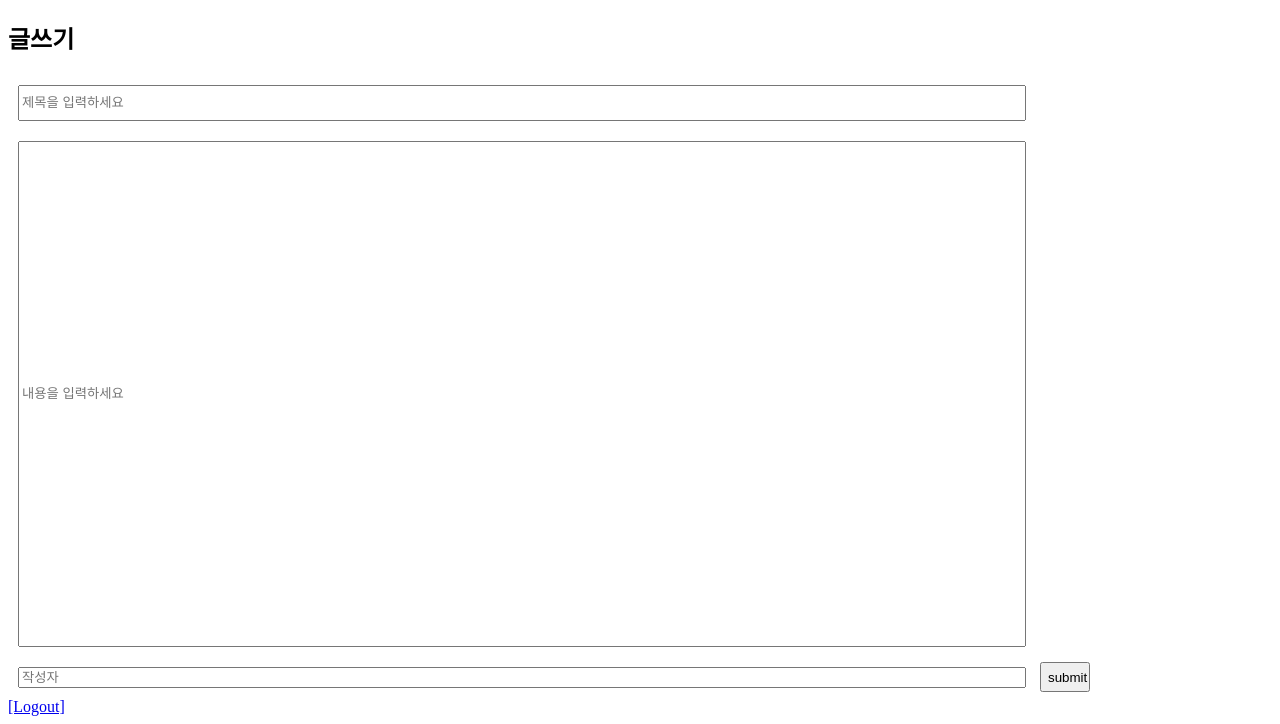
Repository: Jadedvst/Java_JSP-Servlet
Page: http://localhost/MustHaveJSP/mvcboard/write.do
An editor plug-in stored every save of this project. The page is shown before and after the next save, followed by the edit.
The browser window is 1280 px wide. The pictures show the whole page.
The page is served by Tomcat 10. Other server files are loaded and not shown.

Above is the page before, as saved 2023-12-15 05:20:10.

### MustHaveJSP/src/main/webapp/14MVCBoard/Write.jsp
<%@page import="membership.MemberDTO"%>
<%@ page language="java" contentType="text/html; charset=UTF-8"
    pageEncoding="UTF-8"%>
<!DOCTYPE html>
<html>
<head>
<meta charset="UTF-8">
<style>
#title,#content,#id{
width:1000px;
margin:10px;
}
#title{
height:30px;
}
#content{
height:500px;
}
#bt{
width:50px;
height:30px;
}
</style>
<title>Insert Board</title>
</head>
<body>
<h2>글쓰기</h2>

<%-- 	<%
	String isLogin = request.getParameter("isLogin");
	String LoginId = request.getParameter("loginid");
	String sid = "";
	if (session.getAttribute("UserId")!=null){
		MemberDTO m = (MemberDTO)session.getAttribute("member");
		isLogin = "true";
		LoginId = m.getId();
	}
	if(LoginId!= null) sid=LoginId;

	%> --%>
	<%
	String sid = request.getParameter("id");
	String boardErr = request.getParameter("boardErr");
	if(boardErr!= null) out.print("Upload Failed");;
	%>
	<script>
		function validateForm(form){
			if(!form.title.value){
				alert("title please");
				return false;
			}
			if(form.content.value==""){
				alert("content please");
				return false;
			}

		}
	</script>
<form action="./InsertBoardProcess.jsp" method="post" name="onBoard"
			onsubmit="return validateForm(this);"> <!-- false일시 출력 안됨 -->
	<div id="board">
	<input type="text" id="title" name="title" placeholder="제목을 입력하세요"><br/>
	<input type="text" id="content" name="content" placeholder="내용을 입력하세요"><br/>
	<%-- <input type="text" id="id" name="id" value="<%=sid%>" readOnly> --%>
	<input type="text" id="id" name="id" placeholder="작성자">
	<input type="submit" id="bt"value="submit"><br/>
<%-- <%if(isLogin!=null){ %> --%>
	<a href="./BoardLoginSession/Logout.jsp">[Logout]</a>
<%-- <%}else out.print("Not Logged in");%> --%>
	</div>
</form>

</body>
</html>

### MustHaveJSP/src/main/java/model2/mvcboard/WriteController.java
package model2.mvcboard;

import java.io.IOException;
import java.util.HashMap;
import java.util.List;
import java.util.Map;

import fileupload.FileUtil;
import jakarta.servlet.ServletContext;
import jakarta.servlet.ServletException;
import jakarta.servlet.annotation.MultipartConfig;
import jakarta.servlet.annotation.WebServlet;
import jakarta.servlet.http.HttpServlet;
import jakarta.servlet.http.HttpServletRequest;
import jakarta.servlet.http.HttpServletResponse;
import utils.JSFunction;

@WebServlet("/mvcboard/write.do")
@MultipartConfig(
		maxFileSize = 1024 * 1024 * 1,
		maxRequestSize = 1024 * 1024 * 10
)
public class WriteController extends HttpServlet {
	private static final long serialVersionUID = 1L;

	@Override
	protected void doGet(HttpServletRequest req, HttpServletResponse resp) throws ServletException, IOException {
		req.getRequestDispatcher("/14MVCBoard/Write.jsp").forward(req, resp);
	}

	@Override
	protected void doPost(HttpServletRequest req, HttpServletResponse resp) throws ServletException, IOException {
		//1. File Upload ============
		// Check physical Upload Directory
		String saveDirectory = req.getServletContext().getRealPath("/Uploads");

		//File Upload
		String originalFileName = "";
		try {
			originalFileName = FileUtil.uploadFile(req, saveDirectory);
		}catch(Exception e) {
			JSFunction.alertLocation(resp,"File Upload Error", "../mvcboard/write.do");
		}

		//2. Other  =================
		// Save Form to DTO
		MVCBoardDTO dto = new MVCBoardDTO();
		dto.setName(req.getParameter("name"));
		dto.setTitle(req.getParameter("title"));
		dto.setContent(req.getParameter("content"));
		dto.setPass(req.getParameter("pass"));

		// Set OriginalFileName and SavedFileName
		if(originalFileName!="") {
			//change if attached file exists
			String savedFileName = FileUtil.renameFile(saveDirectory, originalFileName);
			dto.setOfile(originalFileName);
			dto.setSfile(savedFileName);
		}

		//Save upload content on DB by DAO
		MVCBoardDAO dao = new MVCBoardDAO();
		int result = dao.insertWrite(dto);
		dao.close();

		if(result==1) {
			resp.sendRedirect("../mvcboard/list.do");
		}else {
			JSFunction.alertLocation(resp, "Content Upload Failed", "../mvcboard/write.do");
		}
	}
}

After the next save:
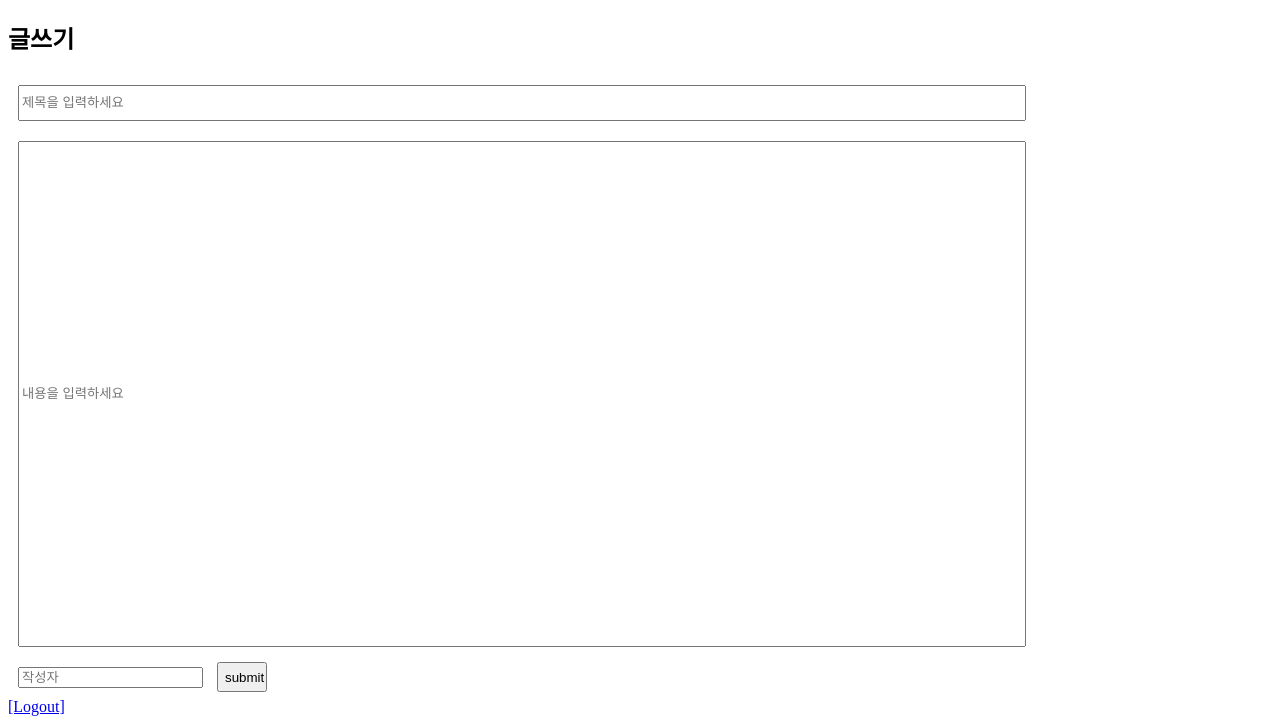
Saved 27 s later.
--- a/MustHaveJSP/src/main/webapp/14MVCBoard/Write.jsp
+++ b/MustHaveJSP/src/main/webapp/14MVCBoard/Write.jsp
@@ -6,7 +6,7 @@
 <head>
 <meta charset="UTF-8">
 <style>
-#title,#content,#id{
+#title,#content{
 width:1000px;
 margin:10px;
 }
@@ -15,6 +15,9 @@ height:30px;
 }
 #content{
 height:500px;
+}
+#id{
+margin:10px;
 }
 #bt{
 width:50px;
